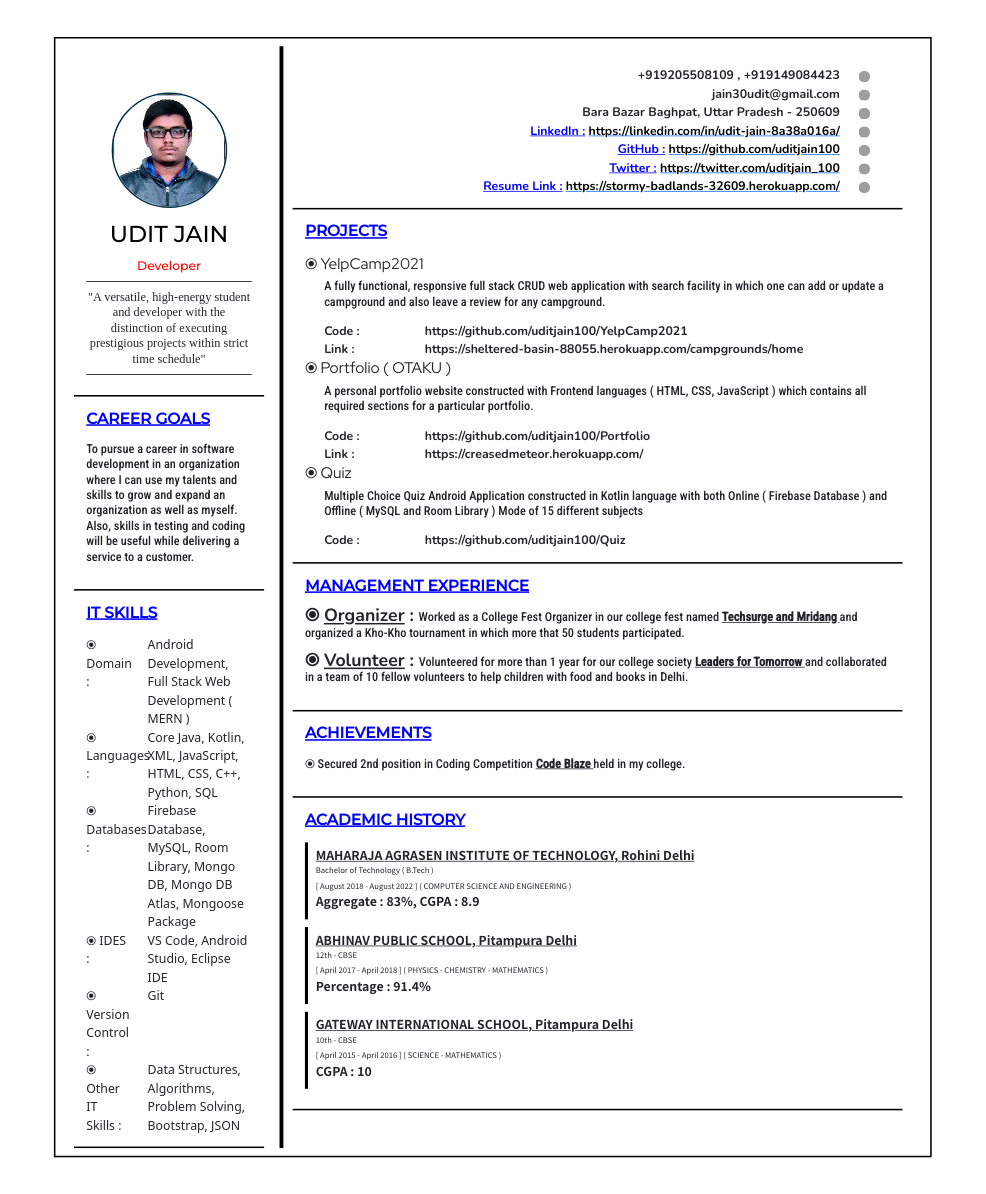
Repository: uditjain100/Resume
Page: app.html
An editor plug-in stored every save of this project. The page is shown before and after the next save, followed by the edit.
The browser window is 1280 px wide. The pictures show the whole page, at 77% of full size.
Pictures or frames that could not be fetched are drawn as grey boxes. Some web fonts or font styles are not loaded; a fallback is used.

Above is the page before, as saved 2021-05-27 18:32:04.

### app.html
<!DOCTYPE html>
<html lang="en">
	<head>
		<meta charset="UTF-8" />
		<meta http-equiv="X-UA-Compatible" content="IE=edge" />
		<meta name="viewport" content="width=device-width, initial-scale=1.0" />
		<title>RESUME : Udit Jain</title>
		<link rel="stylesheet" href="app.css" />
		<script
			src="https://code.jquery.com/jquery-3.5.1.min.js"
			integrity="sha256-9/aliU8dGd2tb6OSsuzixeV4y/faTqgFtohetphbbj0="
			crossorigin="anonymous"
		></script>
		<link
			href="https://cdn.jsdelivr.net/npm/bootstrap@5.0.0-beta1/dist/css/bootstrap.min.css"
			rel="stylesheet"
			integrity="sha384-giJF6kkoqNQ00vy+HMDP7azOuL0xtbfIcaT9wjKHr8RbDVddVHyTfAAsrekwKmP1"
			crossorigin="anonymous"
		/>

		<link rel="preconnect" href="https://fonts.gstatic.com" />
		<link
			href="https://fonts.googleapis.com/css2?family=Montserrat:wght@300;500&display=swap"
			rel="stylesheet"
		/>
		<link
			href="https://fonts.googleapis.com/css2?family=Roboto+Condensed:wght@500&display=swap"
			rel="stylesheet"
		/>
		<link
			href="https://fonts.googleapis.com/css2?family=Spartan:wght@500&display=swap"
			rel="stylesheet"
		/>
		<link
			href="https://fonts.googleapis.com/css2?family=Red+Hat+Display&display=swap"
			rel="stylesheet"
		/>
		<link
			href="https://fonts.googleapis.com/css2?family=Ubuntu:wght@300&display=swap"
			rel="stylesheet"
		/>
		<link
			href="https://fonts.googleapis.com/css2?family=Quicksand:wght@700&display=swap"
			rel="stylesheet"
		/>
		<link
			href="https://fonts.googleapis.com/css2?family=Nunito:wght@700&display=swap"
			rel="stylesheet"
		/>
		<link
			href="https://fonts.googleapis.com/css2?family=Akaya+Kanadaka&display=swap"
			rel="stylesheet"
		/>
		<link
			href="https://fonts.googleapis.com/css2?family=Poppins:wght@400&display=swap"
			rel="stylesheet"
		/>
		<link
			href="https://fonts.googleapis.com/css2?family=Noto+Sans+JP&display=swap"
			rel="stylesheet"
		/>
	</head>
	<body>
		<main class="container row my-5 mx-auto" id="wholewindow">
			<section id="leftwindow" class="col-3">
				<article id="namebox">
					<img
						id="profileimg"
						src="profile.jpg"
						class="card-img-top"
						alt="..."
					/>
					<div class="card-body">
						<h3
							class="card-title"
							style="
								color: black;
								text-decoration: none;
								font-size: 30px;
								font-weight: 400;
							"
						>
							UDIT JAIN
						</h3>
						<h6 class="card-subtitle mx-auto">Developer</h6>
						<p id="summary">
							"A versatile, high-energy student and developer with the
							distinction of executing prestigious projects within strict time
							schedule"
						</p>
					</div>
				</article>

				<article class="card-body" id="goalbox">
					<h3 class="card-title">CAREER GOALS</h3>
					<p>
						To pursue a career in software development in an organization where
						I can use my talents and skills to grow and expand an organization
						as well as myself. Also, skills in testing and coding will be useful
						while delivering a service to a customer.
					</p>
				</article>

				<article id="itskillsbox">
					<div class="card-body">
						<h3 class="card-title">IT SKILLS</h3>
						<ul class="list-group">
							<li id="itskillsitem" class="row">
								<span class="col-4" id="que">⦿ Domain : </span>
								<span class="col-8" id="ans"
									>Android Development, Full Stack Web Development ( MERN
									)</span
								>
							</li>
							<li id="itskillsitem" class="row">
								<span class="col-4" id="que">⦿ Languages : </span>
								<span class="col-8" id="ans"
									>Core Java, Kotlin, XML, JavaScript, HTML, CSS, C++, Python,
									SQL</span
								>
							</li>
							<li id="itskillsitem" class="row">
								<span class="col-4" id="que">⦿ Databases : </span>
								<span class="col-8" id="ans"
									>Firebase Database, MySQL, Room Library, Mongo DB, Mongo DB
									Atlas, Mongoose Package</span
								>
							</li>
							<li id="itskillsitem" class="row">
								<span class="col-4" id="que">⦿ IDES : </span>
								<span class="col-8" id="ans"
									>VS Code, Android Studio, Eclipse IDE</span
								>
							</li>
							<li id="itskillsitem" class="row">
								<span class="col-4" id="que">⦿ Version Control : </span>
								<span class="col-8" id="ans">Git</span>
							</li>
							<li id="itskillsitem" class="row">
								<span class="col-4" id="que">⦿ Other IT Skills : </span>
								<span class="col-8" id="ans"
									>Data Structures, Algorithms, Problem Solving, Bootstrap,
									JSON</span
								>
							</li>
						</ul>
					</div>
				</article>
			</section>
			<section id="rightwindow" class="col-9">
				<article class="card-body" id="contactbox">
					<ul class="list-group">
						<li id="contactitem" class="row">
							<div class="col-11">+919205508109 , +919149084423</div>
							<div class="col-1">
								<img
									src="https://cdn.jsdelivr.net/npm/simple-icons@3.0.1/icons/android.svg"
									alt=""
								/>
							</div>
						</li>
						<li id="contactitem" class="row">
							<div class="col-11">jain30udit@gmail.com</div>
							<div class="col-1">
								<img
									src="https://cdn.jsdelivr.net/npm/simple-icons@3.0.1/icons/gmail.svg"
									alt=""
								/>
							</div>
						</li>
						<li id="contactitem" class="row">
							<div class="col-11">
								Bara Bazar Baghpat, Uttar Pradesh - 250609
							</div>
							<div class="col-1">
								<img
									src="https://cdn.jsdelivr.net/npm/simple-icons@3.0.1/icons/googlemaps.svg"
									alt=""
								/>
							</div>
						</li>
						<li id="contactitem" class="row">
							<div class="col-11">
								<span>LinkedIn :</span>
								<a href="https://linkedin.com/in/udit-jain-8a38a016a/"
									><span id="link"
										>https://linkedin.com/in/udit-jain-8a38a016a/</span
									></a
								>
							</div>
							<div class="col-1">
								<img
									src="https://cdn.jsdelivr.net/npm/simple-icons@4.13.0/icons/linkedin.svg"
									alt=""
								/>
							</div>
						</li>
						<li id="contactitem" class="row">
							<div class="col-11">
								<span>GitHub :</span>
								<a href="https://github.com/uditjain100"
									><span id="link">https://github.com/uditjain100</span></a
								>
							</div>
							<div class="col-1">
								<img
									src="https://cdn.jsdelivr.net/npm/simple-icons@4.13.0/icons/github.svg"
									alt=""
								/>
							</div>
						</li>
						<li id="contactitem" class="row">
							<div class="col-11">
								<span>Twitter :</span>
								<a href="https://twitter.com/uditjain_100"
									><span id="link">https://twitter.com/uditjain_100</span></a
								>
							</div>
							<div class="col-1">
								<img
									src="https://cdn.jsdelivr.net/npm/simple-icons@4.13.0/icons/twitter.svg"
									alt=""
								/>
							</div>
						</li>
						<li id="contactitem" class="row">
							<div class="col-11">
								<span>Resume Link :</span>
								<a href="https://stormy-badlands-32609.herokuapp.com/"
									><span id="link"
										>https://stormy-badlands-32609.herokuapp.com/</span
									></a
								>
							</div>
							<div class="col-1">
								<img
									src="https://cdn.jsdelivr.net/npm/simple-icons@4.13.0/icons/webpack.svg"
									alt=""
								/>
							</div>
						</li>
					</ul>
				</article>

				<article class="card-body" id="projectbox">
					<h3 class="card-title">PROJECTS</h3>
					<ul class="list-group">
						<li id="projectitem" class="row">
							<h5 id="projecttitle" class="display-10">⦿ YelpCamp2021</h5>
							<div id="projectdetails">
								<p>
									A fully functional, responsive full stack CRUD web application
									with search facility in which one can add or update a
									campground and also leave a review for any campground.
								</p>
								<ul class="list-group">
									<li id="contactitem" class="row">
										<div class="col-2">
											<span style="font-weight: 700">Code : </span>
										</div>
										<div id="link" class="col-10">
											https://github.com/uditjain100/YelpCamp2021
										</div>
									</li>
									<li id="contactitem" class="row">
										<div class="col-2">
											<span style="font-weight: 700">Link : </span>
										</div>
										<div id="link" class="col-10">
											https://sheltered-basin-88055.herokuapp.com/campgrounds/home
										</div>
									</li>
								</ul>
							</div>
						</li>
						<li id="projectitem" class="row">
							<h5 id="projecttitle" class="display-10">
								⦿ Portfolio ( OTAKU )
							</h5>
							<div id="projectdetails">
								<p>
									A personal portfolio website constructed with Frontend
									languages ( HTML, CSS, JavaScript ) which contains all
									required sections for a particular portfolio.
								</p>
								<ul class="list-group">
									<li id="contactitem" class="row">
										<div class="col-2">
											<span style="font-weight: 700">Code : </span>
										</div>
										<div id="link" class="col-10">
											https://github.com/uditjain100/Portfolio
										</div>
									</li>
									<li id="contactitem" class="row">
										<div class="col-2">
											<span style="font-weight: 700">Link : </span>
										</div>
										<div id="link" class="col-10">
											https://creasedmeteor.herokuapp.com/
										</div>
									</li>
								</ul>
							</div>
						</li>
						<li id="projectitem" class="row">
							<h5 id="projecttitle" class="display-10">⦿ Quiz</h5>
							<div id="projectdetails">
								<p>
									Multiple Choice Quiz Android Application constructed in Kotlin
									language with both Online ( Firebase Database ) and Offline (
									MySQL and Room Library ) Mode of 15 different subjects
								</p>
								<ul class="list-group">
									<li id="contactitem" class="row">
										<div class="col-2">
											<span style="font-weight: 700">Code : </span>
										</div>
										<div id="link" class="col-10">
											https://github.com/uditjain100/Quiz
										</div>
									</li>
								</ul>
							</div>
						</li>
					</ul>
				</article>

				<article class="card-body" id="managementskillsbox">
					<h3 class="card-title">MANAGEMENT EXPERIENCE</h3>
					<ul class="list-group">
						<li id="managementskillsitem">
							<p>
								<span id="tag">⦿ <span>Organizer</span> : </span>
								Worked as a College Fest Organizer in our college fest named
								<span style="font-weight: 700; text-decoration: underline"
									>Techsurge and Mridang
								</span>
								and organized a Kho-Kho tournament in which more that 50
								students participated.
							</p>
						</li>
						<li id="managementskillsitem">
							<p>
								<span id="tag">⦿ <span>Volunteer</span> : </span>
								Volunteered for more than 1 year for our college society
								<span style="font-weight: 700; text-decoration: underline"
									>Leaders for Tomorrow </span
								>and collaborated in a team of 10 fellow volunteers to help
								children with food and books in Delhi.
							</p>
						</li>
					</ul>
				</article>

				<article class="card-body" id="achievementsbox">
					<h3 class="card-title">ACHIEVEMENTS</h3>
					<ul class="list-group">
						<li id="achievementitem" class="row">
							<p>
								⦿ Secured 2nd position in Coding Competition
								<span style="font-weight: 700; text-decoration: underline"
									>Code Blaze
								</span>
								held in my college.
							</p>
						</li>
					</ul>
				</article>

				<article class="card-body" id="educationbox">
					<h3 class="card-title">ACADEMIC HISTORY</h3>
					<ul class="list-group">
						<li id="educationitem">
							<h6 id="institutename">
								MAHARAJA AGRASEN INSTITUTE OF TECHNOLOGY, Rohini Delhi
							</h6>
							<h6 id="stream">Bachelor of Technology ( B.Tech )</h6>
							<h6 id="subjects">
								[ August 2018 - August 2022 ] ( COMPUTER SCIENCE AND ENGINEERING
								)
							</h6>
							<h6 id="marks">Aggregate : 83%, CGPA : 8.9</h6>
						</li>
						<li id="educationitem">
							<h6 id="institutename">ABHINAV PUBLIC SCHOOL, Pitampura Delhi</h6>
							<h6 id="stream">12th - CBSE</h6>
							<h6 id="subjects">
								[ April 2017 - April 2018 ] ( PHYSICS - CHEMISTRY - MATHEMATICS
								)
							</h6>
							<h6 id="marks">Percentage : 91.4%</h6>
						</li>
						<li id="educationitem">
							<h6 id="institutename">
								GATEWAY INTERNATIONAL SCHOOL, Pitampura Delhi
							</h6>
							<h6 id="stream">10th - CBSE</h6>
							<h6 id="subjects">
								[ April 2015 - April 2016 ] ( SCIENCE - MATHEMATICS )
							</h6>
							<h6 id="marks">CGPA : 10</h6>
						</li>
					</ul>
				</article>
			</section>
		</main>
	</body>
</html>

### app.css
/* * Common Section */

@keyframes transitionIn {
	from {
		opacity: 0;
		transform: rotateY(-10deg);
	}
	to {
		opacity: 1;
		transform: rotateY(0);
	}
}

html {
	animation: transitionIn 1s;
}

p {
	font-family: "Roboto Condensed", sans-serif;
	line-height: 20px;
}

ul {
	list-style: none;
}
article {
	border-bottom: 2px black solid;
}

.card {
	background-color: black;
}

.card-title {
	font-family: "Montserrat";
	color: blue;
	text-decoration: underline;
	font-weight: 900;
	font-size: 20px;
	padding-bottom: 10px;
	border: none;
}

.footer {
	position: -webkit-sticky;
	left: 0;
	bottom: 0;
	width: 100%;
	color: white;
	text-align: center;
	font-family: "Montserrat";
}

/*  ********************* resume work */

#wholewindow {
	border: 2px black solid;
	display: flex;
	flex-direction: row;
	flex-wrap: wrap;
	justify-content: space-evenly;
	/* align-items: center; */
}

#leftwindow {
	margin: 10px 0px 10px 0px;
	border-right: 5px black solid;
	padding: 50px 20px 0px 0px;
	min-width: 250px;
}

#rightwindow {
	padding-top: 20px;
	min-width: 250px;
}

#namebox {
	display: flex;
	flex-direction: column;
	flex-wrap: wrap;
	align-items: center;
	text-align: center;
	font-family: "Montserrat";
}

#profileimg {
	width: 150px;
	height: 150px;
	border-radius: 50%;
	border: 2px #003049 solid;
	margin-top: 10px;
}
#summary {
	font-family: "Akaya Kanadaka";
	margin-top: 10px;
	margin-bottom: 10px;
	padding-top: 10px;
	padding-bottom: 10px;

	border-bottom: 1px black solid;
	border-top: 1px black solid;
}

.card-subtitle {
	color: red;
}

#managementskillsitem p {
	line-height: 20px;
}

#tag {
	font-family: "Nunito";
	font-size: 23px;
	font-weight: 900;
	text-align: left;
}

#tag span {
	text-decoration: underline;
}

li img {
	width: 15px;
	height: 15px;
	border-radius: 50%;
	margin-right: 5px;
}

#contactbox {
	border-bottom: 2px black solid;
}

#contactitem {
	font-family: "Nunito";
}

#contactitem .col-11 {
	text-align: end;
}

#contactitem .col-11 span {
	font-weight: 600;
	color: blue;
	text-decoration: underline;
}

#contactitem .col-11 a span {
	color: black;
	text-decoration: none;
}

#educationtitle {
	font-family: "Red Hat Display";
	font-weight: 200;
}

#educationitem {
	margin-bottom: 10px;
	padding: 10px 0px 10px 10px;
	border-left: 4px black solid;
}

#educationbox {
	font-family: "Noto Sans JP";
}

#educationitem h6 {
	line-height: 12px;
}

#institutename {
	text-decoration: underline;
	font-weight: 800;
	font-size: 16px;
}

#timestamp {
	font-size: 10px;
}

#stream {
	font-size: 10px;
	font-weight: 400;
}

#subjects {
	font-size: 10px;
	font-weight: 300;
}

#marks {
	/* font-size: 15px; */
	font-weight: 700;
}

#projecttitle {
	font-family: "Red Hat Display";
	font-weight: 400;
}

#projectdetails {
	margin-left: 25px;
}

After the next save:
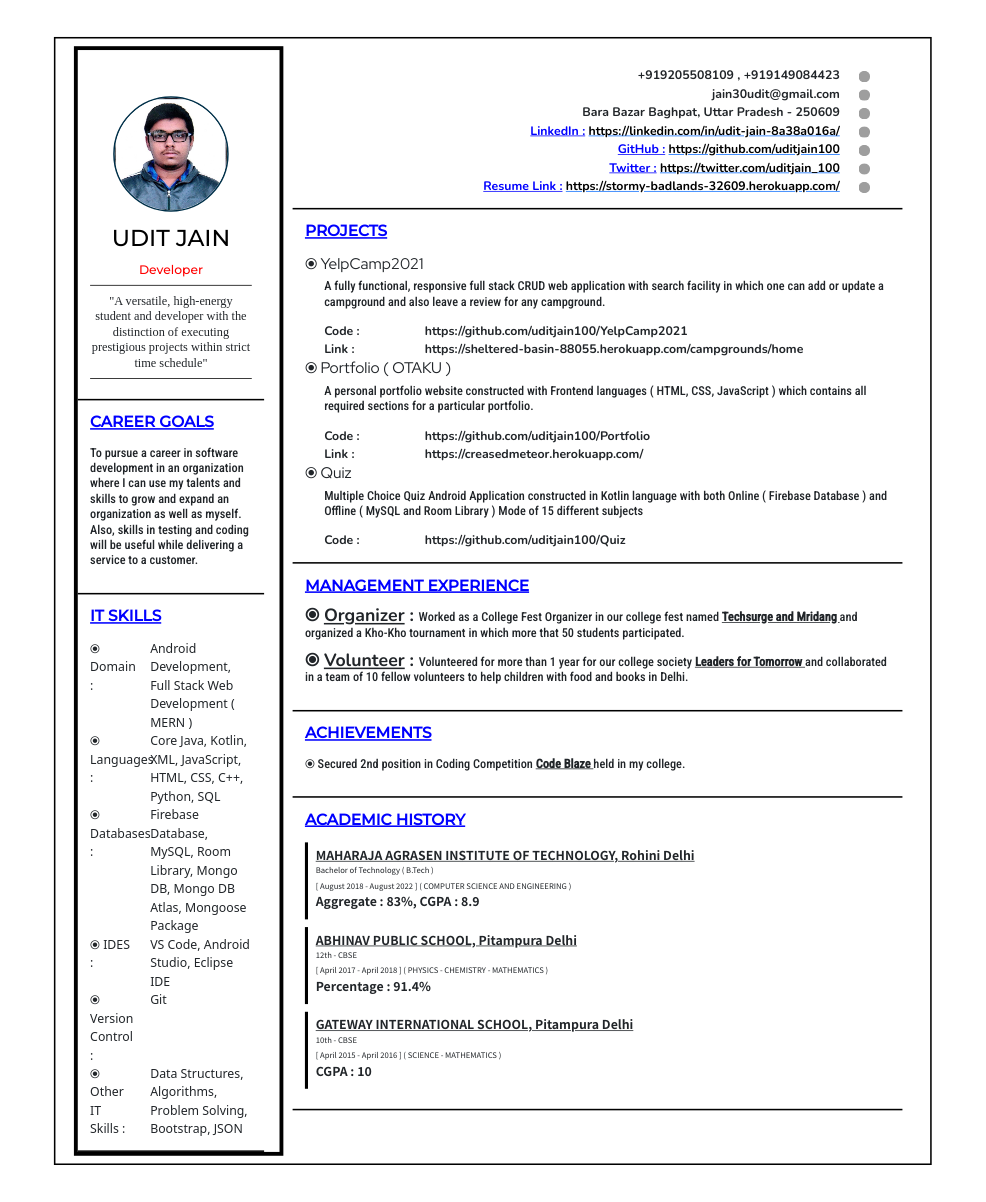
Saved 21 s later.
--- a/app.css
+++ b/app.css
@@ -64,7 +64,7 @@ article {
 
 #leftwindow {
 	margin: 10px 0px 10px 0px;
-	border-right: 5px black solid;
+	border: 5px black solid;
 	padding: 50px 20px 0px 0px;
 	min-width: 250px;
 }
